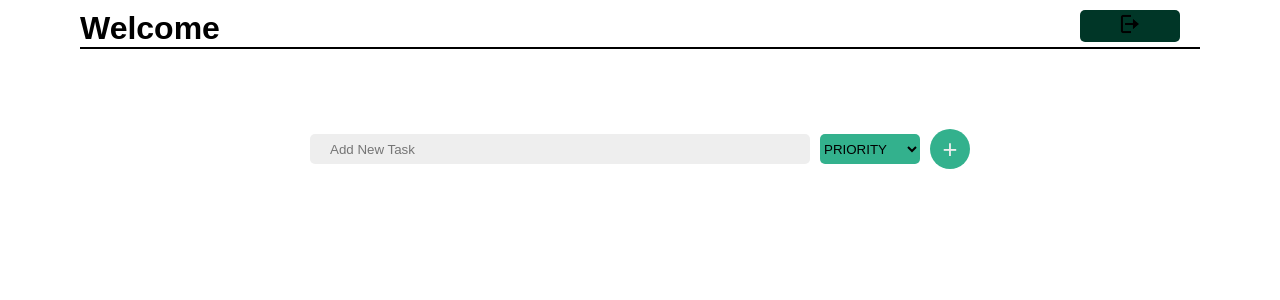
Repository: tebo27cMd/todo_App
Page: /HomePage
These files come from the project's save history. The page is drawn as it stood at one moment and after the next save; the edit follows.
The browser window is 1280 px wide. The pictures show the whole page.
The page's requests for data from a server got no answer. The project was rebuilt for these pictures with package versions that can differ from the ones it lists, and the page was loaded fresh each time. No one was signed in, and anything a server would have sent is missing. Also part of the build but not shown: src/Pages/LoginPage.jsx, src/Pages/SignInPage.jsx.

Above is the page before, as saved 2022-08-23 11:25:06.

After the next save:
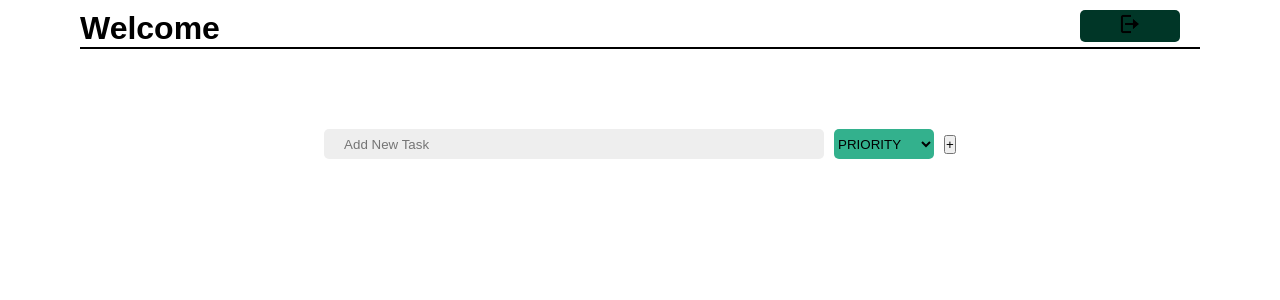
Saved 2 min 14 s later.
--- a/src/css/HomePage.css
+++ b/src/css/HomePage.css
@@ -64,7 +64,7 @@
     border-radius: 5px;
 }
 
-.bottomPart button{
+.bottomPart topBtn{
     height: 40px;
     width: 40px;
     border-radius: 50px;

After the save that followed:
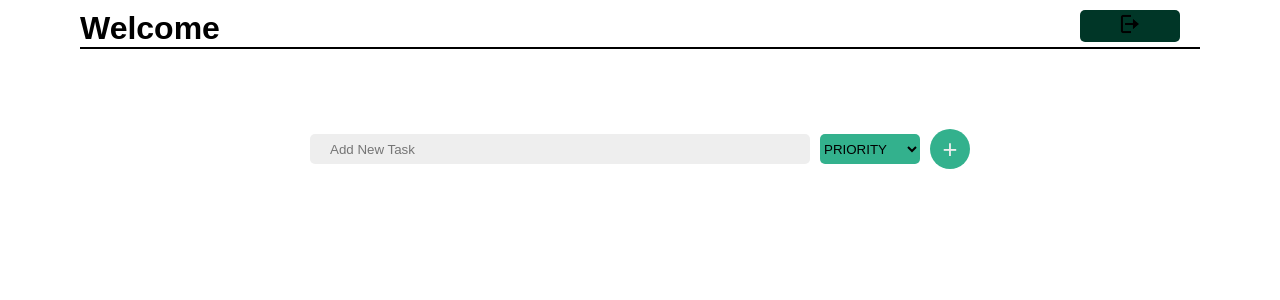
Saved 4 s later.
--- a/src/css/HomePage.css
+++ b/src/css/HomePage.css
@@ -64,7 +64,7 @@
     border-radius: 5px;
 }
 
-.bottomPart topBtn{
+.bottomPart .topBtn{
     height: 40px;
     width: 40px;
     border-radius: 50px;
